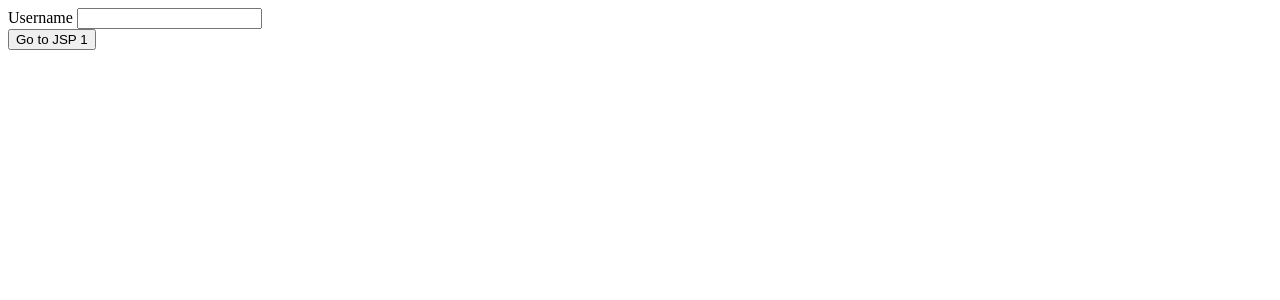
Repository: Max0077/WEJE1-master
Page: http://localhost/servlets/DemoJSP4.jsp
An editor plug-in stored every save of this project. The page is shown before and after the next save, followed by the edit.
The browser window is 1280 px wide. The pictures show the whole page.
The page is served by Tomcat 9. Other server files are loaded and not shown.

Above is the page before, as saved 2022-09-07 11:52:19.

### servlets/src/main/webapp/DemoJSP4.jsp
<%@ page language="java" contentType="text/html; charset=ISO-8859-1"
	pageEncoding="ISO-8859-1"%>

<!DOCTYPE html>
<html>
<head>
<meta charset="ISO-8859-1">
<title>JSP 4</title>
</head>
<body>

	<form method="post" action="DemoJSP1.jsp">
		<label>Username</label> <input type="text" name="username"> <br>
		<input type="submit" value="Go to JSP 1">
	</form>

</body>
</html>

After the next save:
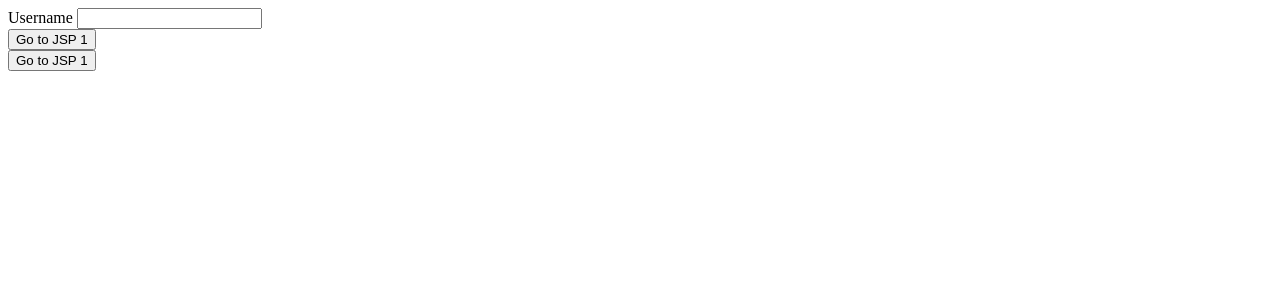
Saved 2 min 58 s later.
--- a/servlets/src/main/webapp/DemoJSP4.jsp
+++ b/servlets/src/main/webapp/DemoJSP4.jsp
@@ -13,6 +13,9 @@
 		<label>Username</label> <input type="text" name="username"> <br>
 		<input type="submit" value="Go to JSP 1">
 	</form>
+	<form action="DemoJSP2.jsp">
+		<input type="submit" value="Go to JSP 1">
+	</form>
 
 </body>
 </html>
